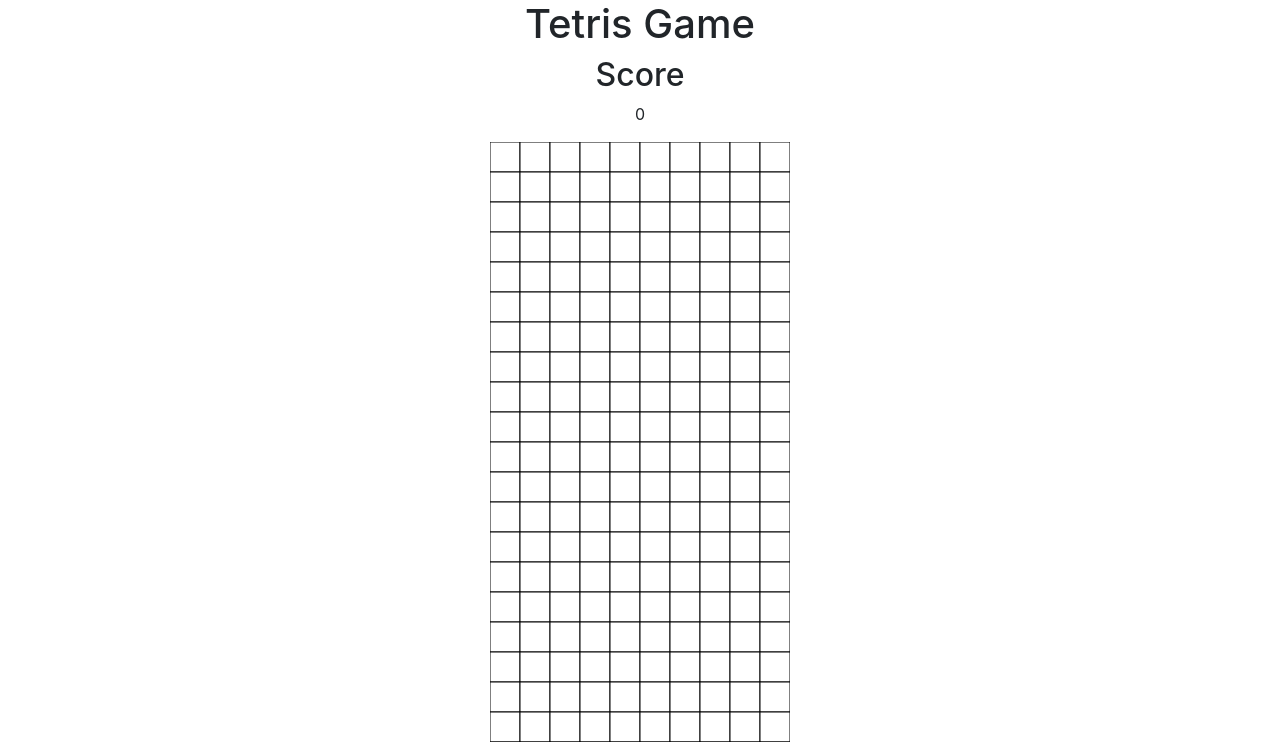
Repository: nlbien22/games
Page: Tetris/index.html
An editor plug-in stored every save of this project. The page is shown before and after a run of saves, followed by the edit.
The browser window is 1280 px wide. The pictures show the whole page.

Above is the page before, as saved 2024-11-14 21:57:51.

After the next 2 saves:
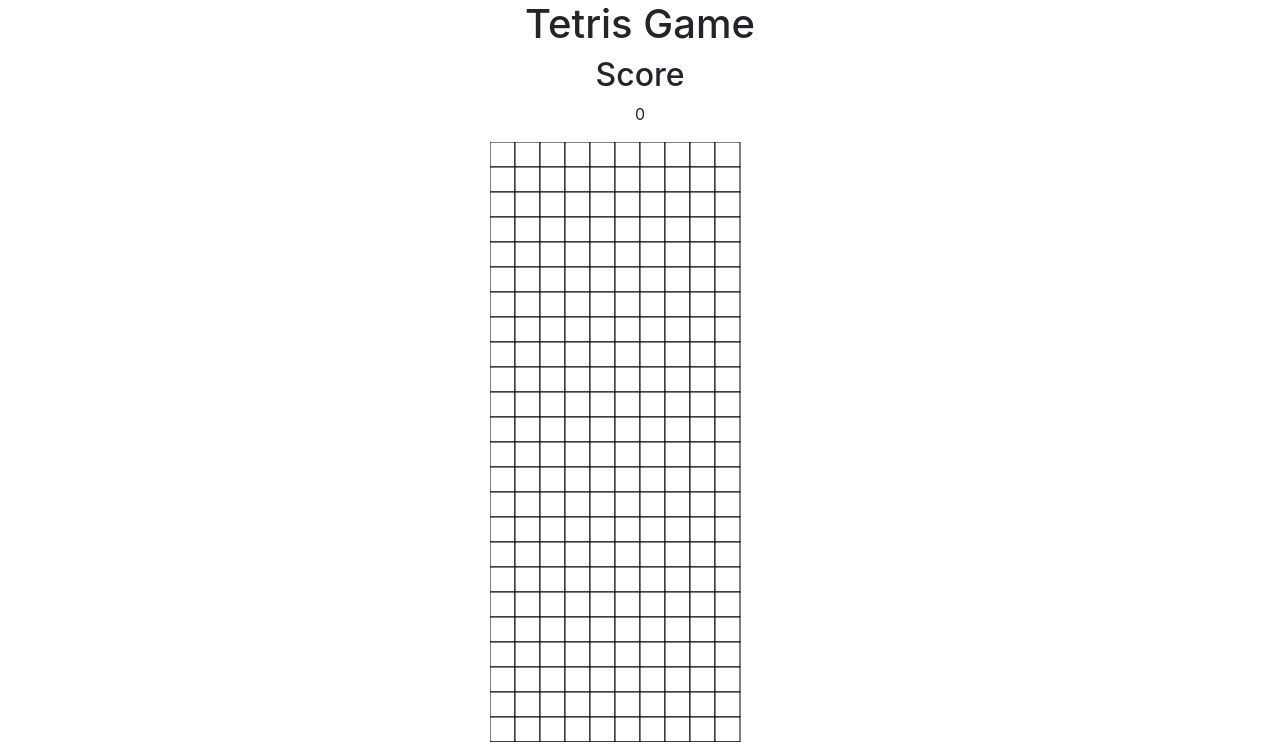
The 2 saves are shown as one change because they came seconds apart.
The last was saved 9 s later.
--- a/Tetris/script.js
+++ b/Tetris/script.js
@@ -3,7 +3,7 @@
 
 const ROW = 60;
 const COL = 10;
-const SQ = 30;
+const SQ = 25;
 const COLOR = 'WHITE';
 let board = [];
 

After the save that followed:
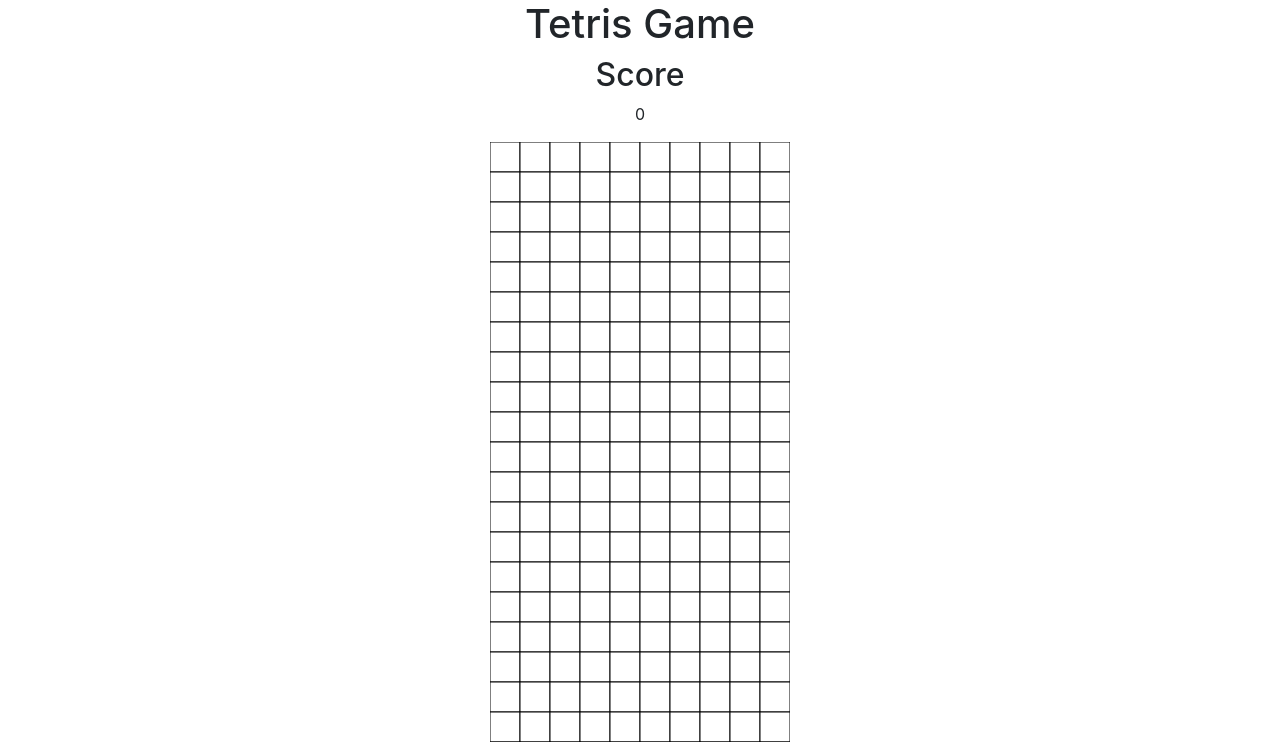
Saved 4 s later.
--- a/Tetris/script.js
+++ b/Tetris/script.js
@@ -3,7 +3,7 @@
 
 const ROW = 60;
 const COL = 10;
-const SQ = 25;
+const SQ = 30;
 const COLOR = 'WHITE';
 let board = [];
 
